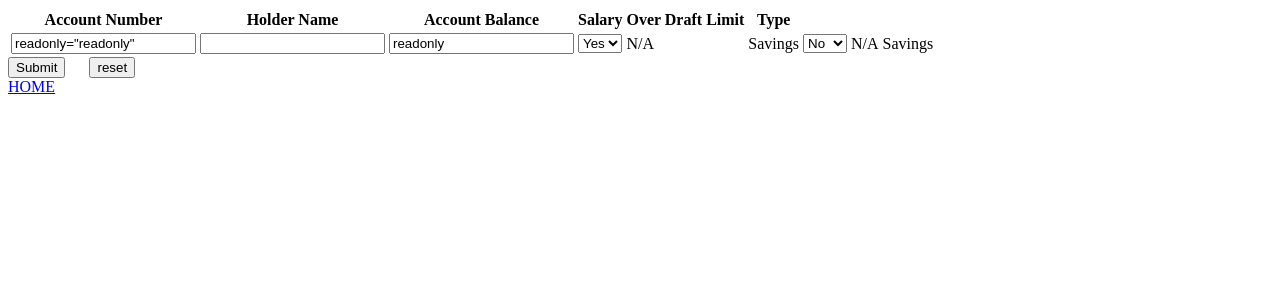
Repository: deepikabachhav/Ally-World-Post
Page: http://localhost/website/WEB-INF/jsp/UpdatePost.jsp
An editor plug-in stored every save of this project. The page is shown before and after the next save, followed by the edit.
The browser window is 1280 px wide. The pictures show the whole page.
The page is served by Tomcat 9. Nobody is signed in. The template is opened directly, without the code that normally fills it, so the values that code supplies are empty.

Above is the page before, as saved 2019-02-11 11:10:04.

After the next save:
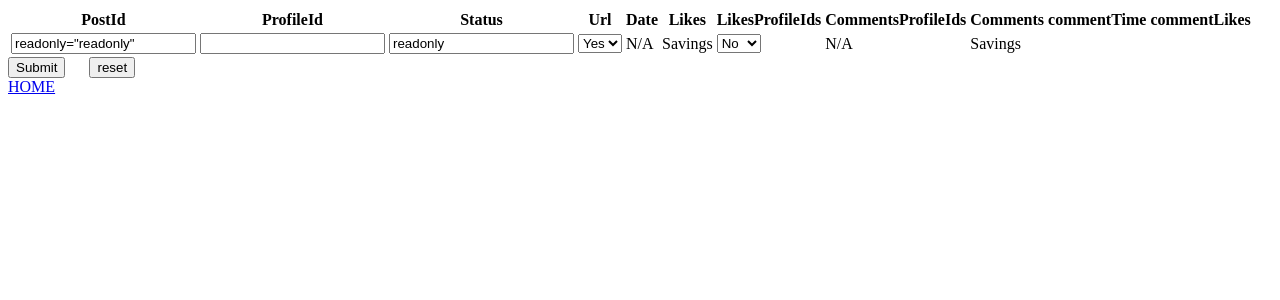
Saved 72 s later.
--- a/website/src/main/webapp/WEB-INF/jsp/UpdatePost.jsp
+++ b/website/src/main/webapp/WEB-INF/jsp/UpdatePost.jsp
@@ -11,12 +11,17 @@
 
 	<table>
 		<tr>
-			<th> Account Number </th>
-			<th> Holder Name</th>
-			<th>Account Balance </th>
-			<th> Salary </th>
-			<th> Over Draft Limit </th>
-			<th> Type </th>
+			<th> PostId </th>
+			<th> ProfileId </th>
+			<th> Status</th>
+			<th> Url </th>
+			<th> Date </th>
+			<th> Likes </th>
+			<th> LikesProfileIds </th>
+			<th> CommentsProfileIds </th>
+			<th> Comments </th>
+			<th> commentTime </th>
+			<th> commentLikes </th>
 		</tr>
 		<jstl:if test="${account !=null}">
 				<tr>
